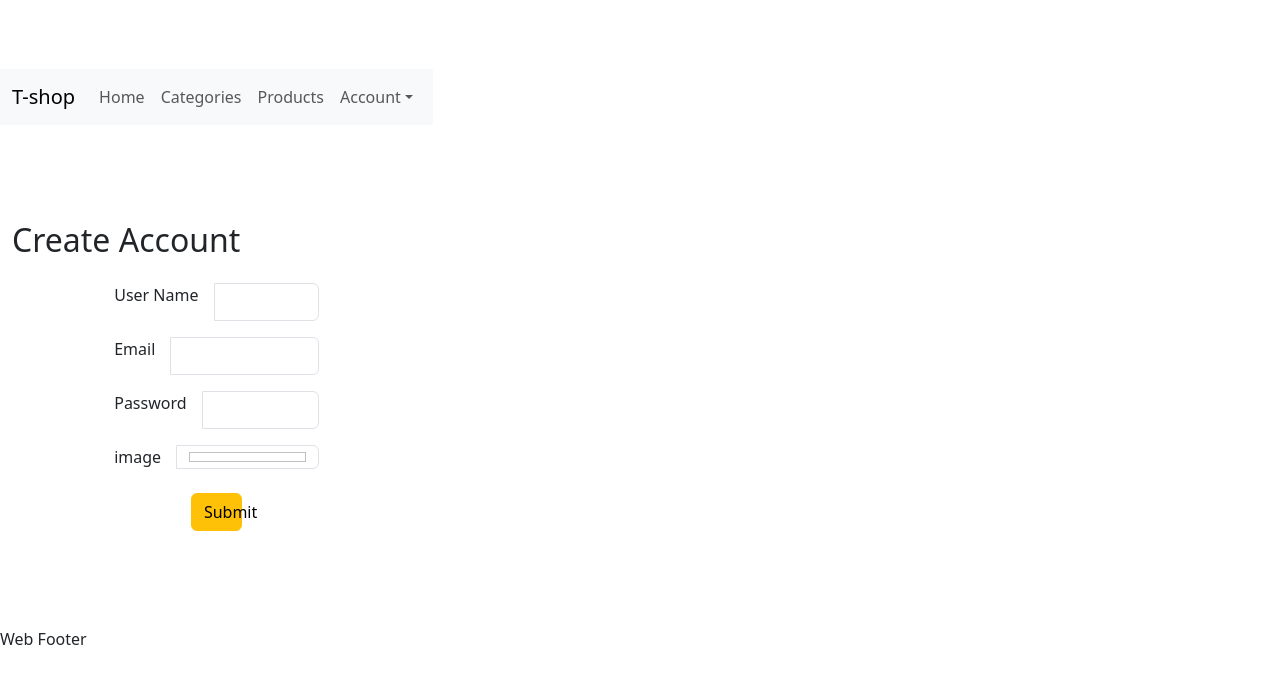
Repository: HadelAbdellatif/ecommerce1
Page: /register
An editor plug-in stored every save of this project. The page is shown before and after the next save, followed by the edit.
The browser window is 1280 px wide. The pictures show the whole page.
The project was rebuilt for these pictures with package versions that can differ from the ones it lists, and the page was loaded fresh each time. Also part of the build but not shown: vite.config.js, src/components/web/home/Home.jsx, src/components/web/categories/Categories.jsx, src/components/dashboard/navbar/Navbar.jsx, src/components/dashboard/footer/Footer.jsx, src/layouts/DashboardLayout.jsx, src/components/dashboard/home/Home.jsx, src/components/dashboard/categories/Categories.jsx.

Above is the page before, as saved 2023-11-25 16:17:26.

After the next save:
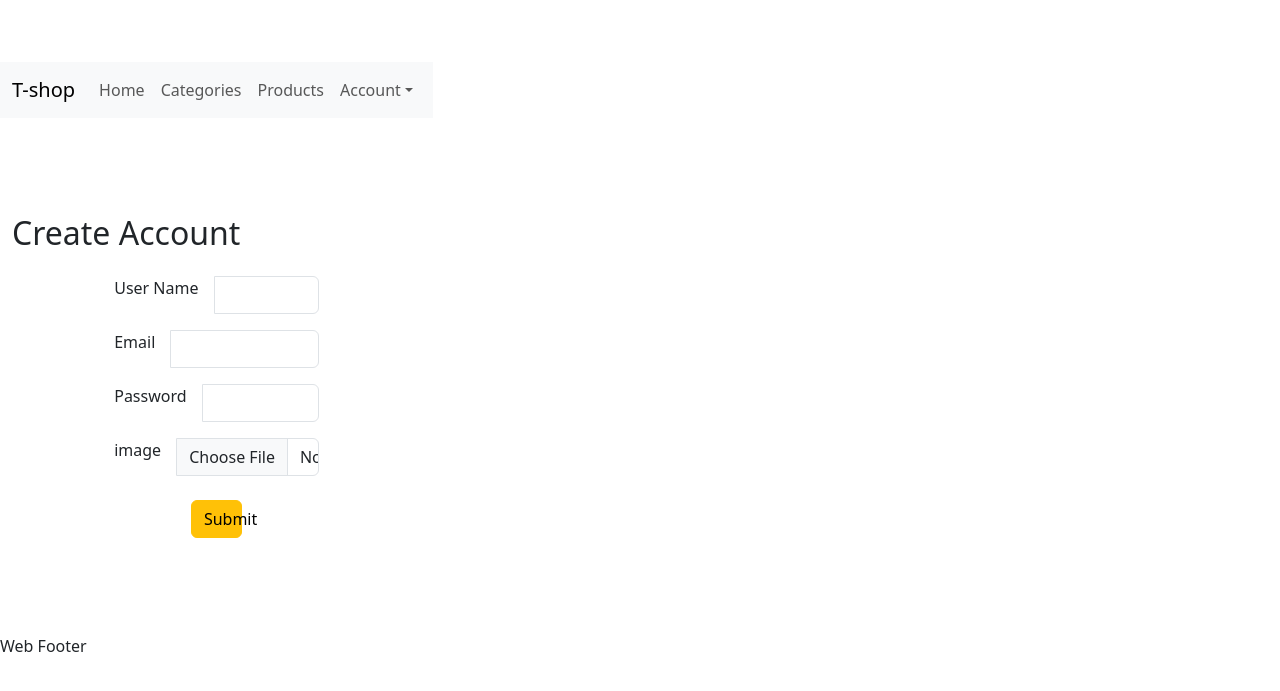
Saved 12 s later.
--- a/src/components/web/register/Register.jsx
+++ b/src/components/web/register/Register.jsx
@@ -64,7 +64,7 @@ export default function Register() {
         },
         {
             id: 'image',
-            type: 'image',
+            type: 'file',
             name: 'image', //like backend
             title: 'image',
             value: formik.values.image, //like backend
